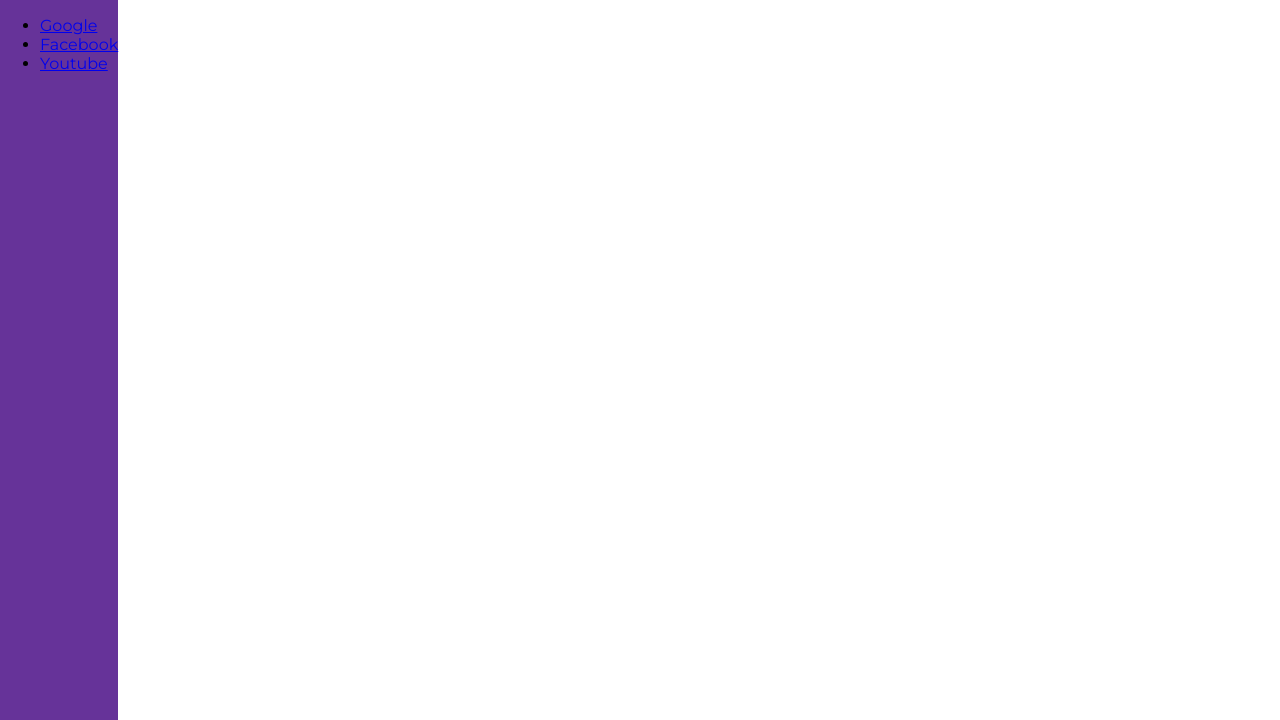
Repository: kate30980/js-practice
Page: hambuger-button/index.html
An editor plug-in stored every save of this project. The page is shown before and after the next save, followed by the edit.
The browser window is 1280 px wide. The pictures show the whole page.

Above is the page before, as saved 2021-08-28 22:14:14.

After the next save:
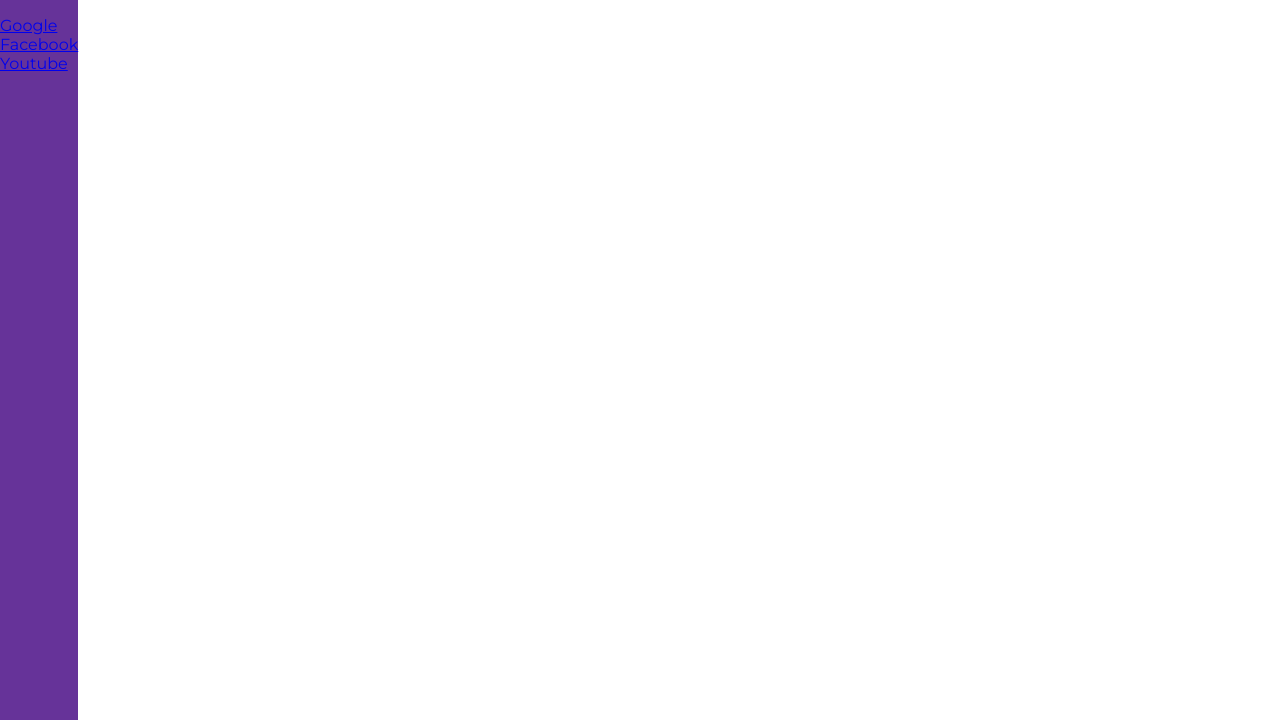
Saved 20 s later.
--- a/hambuger-button/style.css
+++ b/hambuger-button/style.css
@@ -25,3 +25,7 @@
     left: 0;
     height: 100vh;
 }
+nav ul{
+    padding: 0;
+    list-style-type: none;
+}
